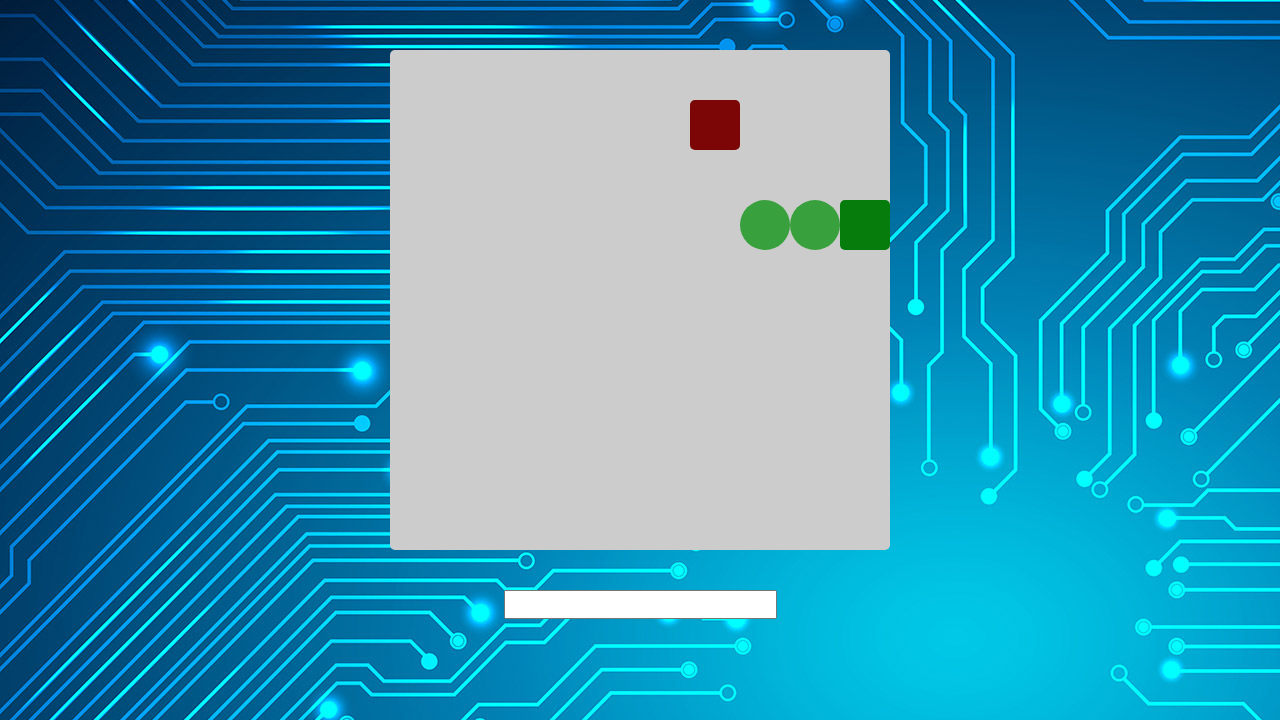
Repository: elvinyeka/SnakeGame
Page: index.html
An editor plug-in stored every save of this project. The page is shown before and after the next save, followed by the edit.
The browser window is 1280 px wide. The pictures show the whole page.

Above is the page before, as saved 2020-11-08 19:46:45.

After the next save:
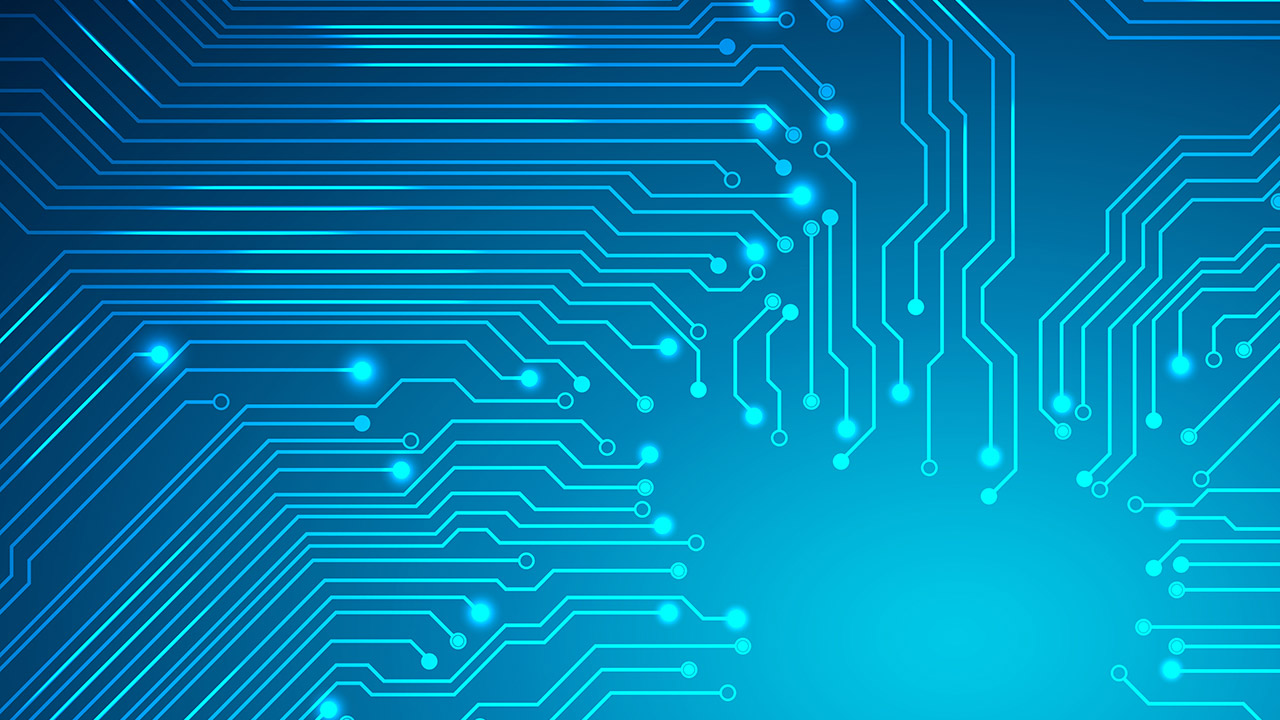
Console error: SyntaxError: Unexpected token '}'
Saved 73 s later.
--- a/js/snake.js
+++ b/js/snake.js
@@ -76,6 +76,7 @@
 `;
 
 var score  = 0;
+input.value = `Xallar: ${}`;
 
 
 function move() {

After the save that followed:
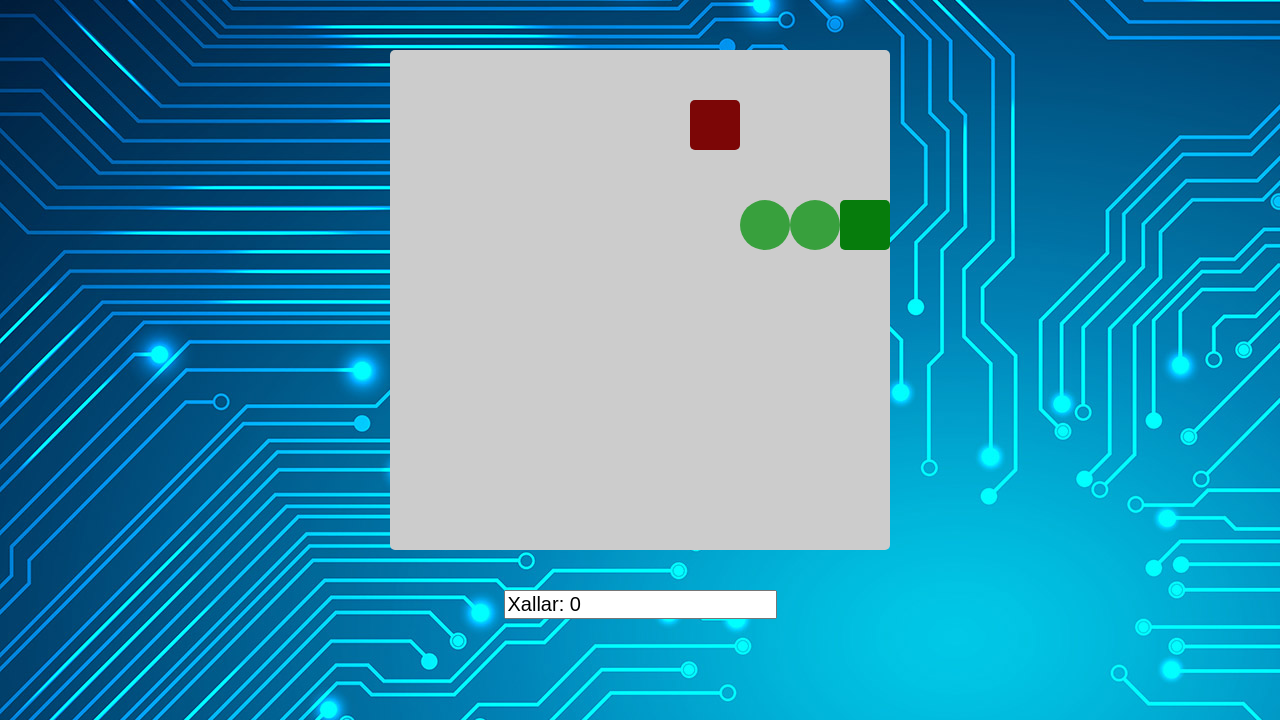
The error is gone.
Saved 12 s later.
--- a/js/snake.js
+++ b/js/snake.js
@@ -76,7 +76,7 @@
 `;
 
 var score  = 0;
-input.value = `Xallar: ${}`;
+input.value = `Xallar: ${score}`;
 
 
 function move() {
